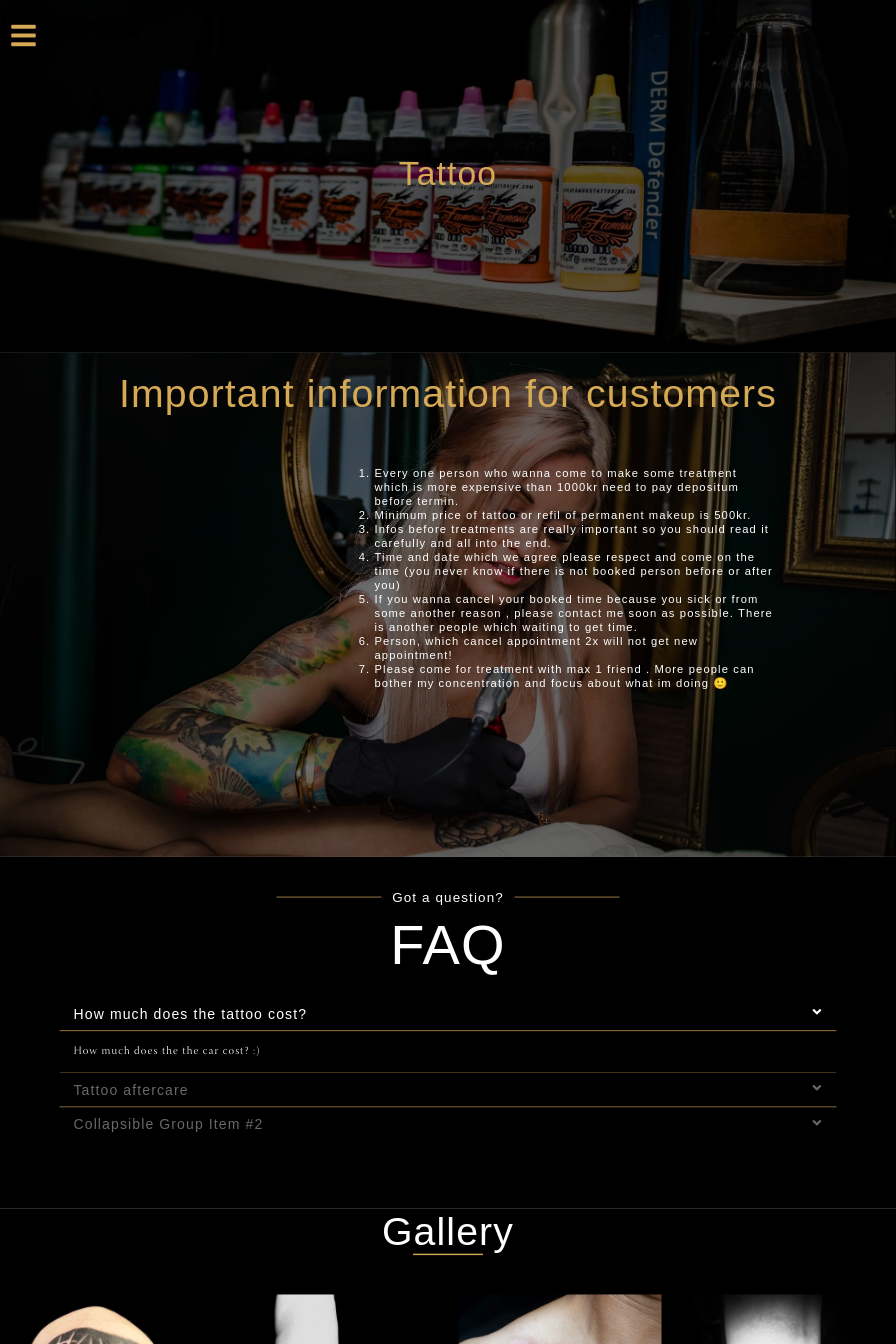
Repository: Spreceriany/TattooWeb
Page: tattoo-en.html
An editor plug-in stored every save of this project. The page is shown before and after the next save, followed by the edit.
The browser window is 1280 px wide. The pictures show the part of the page from y = 0 to 1920 px (the page is 3497 px tall), at 70% of full size.
Backgrounds fixed to the window are drawn as part of the page. Some web fonts or font styles are not loaded; a fallback is used. Some web libraries are served in a nearby version.

Above is the page before, as saved 2020-04-23 19:07:05.
Console error: TypeError: Cannot read properties of null (reading 'addEventListener')

### tattoo-en.html
<!DOCTYPE html>
<html>
<head>
    <meta charset='utf-8'>
    <meta http-equiv='X-UA-Compatible' content='IE=edge'>
    <title>Tattoo - Manovistudio</title>
    <meta name='viewport' content='width=device-width, initial-scale=1'>
    <link rel='stylesheet' type='text/css' media='screen' href='css/main.css'>

    <link rel="stylesheet" href="https://stackpath.bootstrapcdn.com/bootstrap/4.4.1/css/bootstrap.min.css" integrity="sha384-Vkoo8x4CGsO3+Hhxv8T/Q5PaXtkKtu6ug5TOeNV6gBiFeWPGFN9MuhOf23Q9Ifjh" crossorigin="anonymous">

    <link rel="stylesheet" href="https://use.fontawesome.com/releases/v5.11.2/css/all.css">

    <link rel="stylesheet" href="css/mdb.min.css">

    <link rel="stylesheet" href="css/lightgallery.min.css">

    <link rel="stylesheet" href="css/swiper.css">

    <link rel="stylesheet" href="css/aos.css">

    <link rel="stylesheet" href="css/style.css">
    <link rel="icon" type="image/png" href="/images/favicon-32x32.png" sizes="32x32" />
    <link rel="icon" type="image/png" href="/images/favicon-16x16.png" sizes="16x16" />
</head>
<body>
  <div style="overflow-x:hidden; position:relative">
  <div class="wrapper-tattoo">
    <button class="netflix-nav-btn netflix-open-btn">
   <i class="fas fa-bars fa-2x"></i>
</button>

<h1 class="gold site-section-heading2">Tattoo</h1>


<div class="netflix-nav netflix-nav-black">
   <div class="netflix-nav netflix-nav-red">
       <div class="netflix-nav netflix-nav-white">

           <button class="netflix-nav-btn netflix-close-btn"><i class="fas fa-times"></i></button>

           <img class="netflix-logo" src="images/GOLD.png" alt="ManoviStudio Logo" />

           <ul class="netflix-list">
               <li><a href="index-en.php">Home</a></li>
               <li><a href="index-en.php#about">About</a></li>
               <li><a href="index-en.php-en#services">Services</a></li>
               <li>
                   <ul>
                       <li><a href="tattoo-en.html" class="gold">Tattoo</a></li>
                       <li><a href="beauty-en.html" >Beauty</a></li>
                       <li><a href="piercing-en.html">Piercing</a></li>

                   </ul>
               </li>
               <li><a href="index-en.php#contact">Contact Us</a></li>

              <li>
                <a href="tattoo.html">Danish</a
                ><img
                  src="/images//denmark.svg"
                  alt="danish-flag"
                  class="flag"
                />
              </li>
           </ul>
       </div>
   </div>
</div>




</div>
<div style="overflow-x:hidden; position:relative">
  <div class="container-fluid tattoo-uvod py-4">
    <h2 class="gold  text-center display-4 ">Important information for customers</h2>
    <div class="row pt-5 justify-content-center d-flex">
      <div class=" offset-sm-3 col-sm-6 pt-3">

          <ol class="text-white">
            <li>Every one person who wanna come to make some treatment which is more expensive than 1000kr need to pay depositum before termin. </li>
            <li>Minimum price of tattoo or refil of permanent makeup is 500kr.</li>
            <li>Infos before treatments are really important so you should read it carefully and all into the end. </li>
            <li> Time and date which we agree please respect and come on the time (you never know if there is not booked person before or after you) </li>
            <li> If you wanna cancel your booked time because you sick or from some another reason , please contact me soon as possible. There is another people which waiting to get time. </li>
            <li>Person, which cancel appointment 2x will not get new appointment!</li>
            <li>Please come for treatment with max 1 friend . More people can bother my concentration and focus about what im doing 🙂</li>
          </ol>
      </div>

    </div>
  </div>
<div class="container-fluid black-bg py-5" style="height: auto;"  data-aos="fade" data-aos-duration="2000">
  <div class="container align-items-center flex-column ">
    <div class="text-center" data-aos="zoom-in">
         <h2 class="subtitle fancy text-white" style="font-size: 1.2em;"><span>Got a question?</span></h2>
     <p style="font-size: 5em;" class="mt-5 text-white">FAQ</p>
    </div>


    <div class="accordion md-accordion py-5 " id="accordionEx" role="tablist" aria-multiselectable="true" data-aos="fade" data-aos-duration="2000">

      <!-- Accordion card -->
      <div class="card black-bg">

        <!-- Card header -->
        <div class="card-header panel-heading-active " role="tab" id="headingOne1">
          <a data-toggle="collapse" data-parent="#accordionEx" href="#collapseOne1" aria-expanded="true"
            aria-controls="collapseOne1">
            <h5 class="mb-0 ">
              How much does the tattoo cost? <i class="fas fa-angle-down rotate-icon float-right"></i>
            </h5>
          </a>
        </div>

        <!-- Card body -->
        <div id="collapseOne1" class="collapse show" role="tabpanel" aria-labelledby="headingOne1"
          data-parent="#accordionEx">
          <div class="card-body">
         How much does the the car cost? :)
          </div>
        </div>

      </div>
      <!-- Accordion card -->

      <!-- Accordion card -->
      <div class="card  black-bg">

        <!-- Card header -->
        <div class="card-header panel-heading-active" role="tab" id="headingTwo2">
          <a class="collapsed" data-toggle="collapse" data-parent="#accordionEx" href="#collapseTwo2"
            aria-expanded="false" aria-controls="collapseTwo2">
            <h5 class="mb-0 ">
              Tattoo aftercare <i class="fas fa-angle-down rotate-icon float-right"></i>
            </h5>
          </a>
        </div>

        <!-- Card body -->
        <div id="collapseTwo2" class="collapse" role="tabpanel" aria-labelledby="headingTwo2"
          data-parent="#accordionEx">
          <div class="card-body">


           <ol>
             <li>
               <h6>With protection film</h6>
               <p class="second-font">Leave Protective Film  3 days on tattoo. Could be hard to pull off the skin, simply let some warm water run under the tattoo film, so that the glue becomes tender and removal of the film is easier. You may also use tattoo cream to rub under the film with clean fingers to in order to remove the glue.
              </p>
             </li>
             <li>
               <h6>APPLY A THIN LAYER OF UNSCENTED MOISTURISING CREAM</h6>
               <p class="second-font">You should then apply a thin layer of an unscented moisturising cream like PHANTHENOL – we will tell you which we recommend. 3-5 times a day</p>
             </li>

 <li>
               <h6>KEEP THE TATTOO CLEAN AND DRY</h6>
               <p class="second-font">Keep the tattoo clean and dry, and avoid soaking it in water for at least a month (showers are ok, baths are not). If your clothes are likely to rub on it, keep it covered with gauze/clingfilm and medical tape.</p>
             </li>
             <li>
              <h6>AVOID DIRECT SUNLIGHT</h6>
              <p class="second-font">Avoid exposing it to direct sunlight unless necessary. Healed tattoos, especially coloured ones, can fade in the sun – so when it's completely healed, make sure it's covered in a high SPF if you're going to be catching some rays.</p>
            </li>
            <li>
              <h6> BE PATIENT WITH HEALING TIMES</h6>
              <p class="second-font">Healing times depend on how well you heal and the size of the design. This can range anywhere from around a week for simple, small line designs, to several months for complex, larger designs. Keep following your aftercare instructions for as long as the artist told you to, and make sure the tattoo is kept well-moisturised and clean for a good few months after that, avoiding abrasive skin products.</p>
            </li>
            <li>
              <h6>DO. NOT. ITCH.</h6>
              <p class="second-font">As the tattoo heals, it may scab or flake slightly. Avoid picking at it, as this may remove the ink in that area and lead to patches fading or being removed altogether. If it itches, don't scratch – slap it lightly instead. This should only last for the first few weeks or so – if it stays raised, itches uncontrollably, is red around the design, keeps bleeding for more than a day or so after having it done, or is continuously hot to the touch, go back to your artist or seek medical advice. Infected tattoos are very rare but can happen, and it's always worth getting it checked out if you're worried about it.</p>
            </li>
            <li>
              <h6>COME  BACK TO THE STUDIO FOR TOUCH UPS, IF NEEDED</h6>
              <p class="second-font">If you do lose ink, our studio will retouch it for free – bad tattoos and service lead to bad reputations, so it's in their interests to make sure you're happy with the final product. After about 5 weeks, come back if you need touch-ups on any area of the tattoo. WE WANT YOU TO BE HAPPY .
                ! Cover Max 6 months from date of treatment 😉 !</p>
            </li>
           </ol>
          </div>
        </div>

      </div>
      <!-- Accordion card -->

      <!-- Accordion card -->


      <div class="card  black-bg">

        <!-- Card header -->
        <div class="card-header panel-heading-active" role="tab" id="headingThree3">
          <a class="collapsed" data-toggle="collapse" data-parent="#accordionEx" href="#collapseThree3"
            aria-expanded="false" aria-controls="collapseThree3">
            <h5 class="mb-0 ">
              Collapsible Group Item #2 <i class="fas fa-angle-down rotate-icon float-right"></i>
            </h5>
          </a>
        </div>

        <!-- Card body -->
        <div id="collapseThree3" class="collapse" role="tabpanel" aria-labelledby="headingThree3"
          data-parent="#accordionEx">
          <div class="card-body">
            Anim pariatur cliche reprehenderit, enim eiusmod high life accusamus terry richardson ad squid. 3
            wolf moon officia aute, non cupidatat skateboard dolor brunch. Food truck quinoa nesciunt laborum
            eiusmod. Brunch 3 wolf moon tempor, sunt aliqua put a bird on it squid single-origin coffee nulla
            assumenda shoreditch et. Nihil anim keffiyeh helvetica, craft beer labore wes anderson cred
            nesciunt sapiente ea proident. Ad vegan excepteur butcher vice lomo. Leggings occaecat craft beer
            farm-to-table, raw denim aesthetic synth nesciunt you probably haven't heard of them accusamus
            labore sustainable VHS.
          </div>
        </div>

      </div>

        <!-- Accordion card -->

      </div>
<!-- Accordion wrapper -->

  </div>
</div>




<div class="site-wrap"  data-aos="fade">





  <div   data-aos="fade">
    <div class="container-fluid bg-black">

      <div class="row justify-content-center">

        <div class="col-md-7">
          <div class="row mb-5">
            <div class="col-12 ">
              <h2 class="site-section-heading text-center text-white">Gallery</h2>
            </div>
          </div>
        </div>

      </div>
      <div class="row gallery-container" id="lightgallery">
        <div class="col-sm-6 col-md-4 col-lg-4 col-xl-3 item img-gallery center-images-tattoo image-box" data-aos="fade" data-src="images/tattoo/IMG_1086.jpg" data-sub-html="<h4>Fading Light</h4><p>Lorem ipsum dolor sit amet, consectetur adipisicing elit. Dolor doloremque hic excepturi fugit, sunt impedit fuga tempora, ad amet aliquid?</p>">
          <a href="#"><img src="images/tattoo/IMG_1086.jpg" alt="Tattoo-image" class="img-fluid img-resize2"></a>
        </div>
        <div class="col-sm-6 col-md-4 col-lg-4 col-xl-3 item img-gallery center-images-tattoo image-box" data-aos="fade" data-src="images/tattoo/IMG_1089.jpg" data-sub-html="<h4>Fading Light</h4><p>Lorem ipsum dolor sit amet, consectetur adipisicing elit. Laboriosam omnis quaerat molestiae, praesentium. Ipsam, reiciendis. Aut molestiae animi earum laudantium.</p>">
          <a href="#"><img src="images/tattoo/IMG_1089.jpg" alt="Tattoo-image" class="img-fluid img-resize2"></a>
        </div>
        <div class="col-sm-6 col-md-4 col-lg-4 col-xl-3 item img-gallery  center-images-tattoo image-box" data-aos="fade" data-src="images/tattoo/IMG_1090.jpg" data-sub-html="<h4>Fading Light</h4><p>Lorem ipsum dolor sit amet, consectetur adipisicing elit. Quidem reiciendis, dolorum illo temporibus culpa eaque dolore rerum quod voluptate doloribus.</p>">
          <a href="#"><img src="images/tattoo/IMG_1090.jpg" alt="Tattoo-image" class="img-fluid img-resize2"></a>
        </div>
        <div class="col-sm-6 col-md-4 col-lg-4 col-xl-3 item img-gallery  center-images-tattoo image-box" data-aos="fade" data-src="images/tattoo/IMG_1095.jpg" data-sub-html="<h4>Fading Light</h4><p>Lorem ipsum dolor sit amet, consectetur adipisicing elit. Enim perferendis quae iusto omnis praesentium labore tempore eligendi quo corporis sapiente.</p>">
          <a href="#"><img src="images/tattoo/IMG_1095.jpg" alt="Tattoo-image" class="img-fluid img-resize2"></a>
        </div>
        <div class="col-sm-6 col-md-4 col-lg-4 col-xl-3 item img-gallery  center-images-tattoo image-box" data-aos="fade" data-src="images/tattoo/IMG_1102.jpg" data-sub-html="<h4>Fading Light</h4><p>Lorem ipsum dolor sit amet, consectetur adipisicing elit. Saepe, voluptatum voluptate tempore aliquam, dolorem distinctio. In quas maiores tenetur sequi.</p>">
          <a href="#"><img src="images/tattoo/IMG_1102.jpg" alt="Tattoo-image" class="img-fluid img-resize2"></a>
        </div>
        <div class="col-sm-6 col-md-4 col-lg-4 col-xl-3 item img-gallery  center-images-tattoo image-box" data-aos="fade" data-src="images/tattoo/IMG_1103.jpg" data-sub-html="<h4>Fading Light</h4><p>Lorem ipsum dolor sit amet, consectetur adipisicing elit. Saepe, voluptatum voluptate tempore aliquam, dolorem distinctio. In quas maiores tenetur sequi.</p>">
          <a href="#"><img src="images/tattoo/IMG_1103.jpg" alt="Tattoo-image" class="img-fluid img-resize2"></a>
        </div>
        <div class="col-sm-6 col-md-4 col-lg-4 col-xl-3 item img-gallery  center-images-tattoo image-box" data-aos="fade" data-src="images/tattoo/IMG_1454.jpg" data-sub-html="<h4>Fading Light</h4><p>Lorem ipsum dolor sit amet, consectetur adipisicing elit. Saepe, voluptatum voluptate tempore aliquam, dolorem distinctio. In quas maiores tenetur sequi.</p>">
          <a href="#"><img src="images/tattoo/IMG_1454.jpg" alt="Tattoo-image" class="img-fluid img-resize2"></a>
        </div>
        <div class="col-sm-6 col-md-4 col-lg-4 col-xl-3 item img-gallery  center-images-tattoo image-box" data-aos="fade" data-src="images/tattoo/IMG_1877.jpg" data-sub-html="<h4>Fading Light</h4><p>Lorem ipsum dolor sit amet, consectetur adipisicing elit. Saepe, voluptatum voluptate tempore aliquam, dolorem distinctio. In quas maiores tenetur sequi.</p>">
          <a href="#"><img src="images/tattoo/IMG_1877.jpg" alt="Tattoo-image" class="img-fluid img-resize2"></a>
        </div>
        <div class="col-sm-6 col-md-4 col-lg-4 col-xl-3 item img-gallery  center-images-tattoo image-box" data-aos="fade" data-src="images/tattoo/IMG_1878.jpg" data-sub-html="<h4>Fading Light</h4><p>Lorem ipsum dolor sit amet, consectetur adipisicing elit. Saepe, voluptatum voluptate tempore aliquam, dolorem distinctio. In quas maiores tenetur sequi.</p>">
          <a href="#"><img src="images/tattoo/IMG_1878.jpg" alt="Tattoo-image" class="img-fluid img-resize2"></a>
        </div>
        <div class="col-sm-6 col-md-4 col-lg-4 col-xl-3 item img-gallery  center-images-tattoo image-box" data-aos="fade" data-src="images/tattoo/IMG_1879.jpg" data-sub-html="<h4>Fading Light</h4><p>Lorem ipsum dolor sit amet, consectetur adipisicing elit. Saepe, voluptatum voluptate tempore aliquam, dolorem distinctio. In quas maiores tenetur sequi.</p>">
          <a href="#"><img src="images/tattoo/IMG_1879.jpg" alt="Tattoo-image" class="img-fluid img-resize2"></a>
        </div>
        <div class="col-sm-6 col-md-4 col-lg-4 col-xl-3 item img-gallery  center-images-tattoo image-box" data-aos="fade" data-src="images/tattoo/IMG_1884.jpg" data-sub-html="<h4>Fading Light</h4><p>Lorem ipsum dolor sit amet, consectetur adipisicing elit. Saepe, voluptatum voluptate tempore aliquam, dolorem distinctio. In quas maiores tenetur sequi.</p>">
          <a href="#"><img src="images/tattoo/IMG_1884.jpg" alt="Tattoo-image" class="img-fluid img-resize2"></a>
        </div>
        <div class="col-sm-6 col-md-4 col-lg-4 col-xl-3 item img-gallery  center-images-tattoo image-box" data-aos="fade" data-src="images/tattoo/arm_photo" data-sub-html="<h4>Fading Light</h4><p>Lorem ipsum dolor sit amet, consectetur adipisicing elit. Saepe, voluptatum voluptate tempore aliquam, dolorem distinctio. In quas maiores tenetur sequi.</p>">
          <a href="#"><img src="images/tattoo/arm_photo.jpg" alt="Tattoo-image" class="img-fluid img-resize2"></a>
        </div>







      </div>
    </div>
  </div>






  </div>


<div class="container-fluid px-0"  >
      <!--- Footer -->
      <footer class="footer-bs">
        <div class="row">
          <div class="col-md-4 footer-brand animated fadeInLeft d-flex col-12">
            <img
              src="images/GOLD.png"
              alt=""
              class=" d-flex justify-content-center align-self-center logo-footer mx-auto"
            />
          </div>
          <div class="col-12 col-md-4 text-center justify-content-center align-content-center d-flex   ">
            <p class="align-self-center mb-sm-4 gray">All right reserved &copy;</p>
          </div>

          <div
            class="col-md-4 col-12 footer-social animated fadeInDown d-flex flex-column mx-auto text-center justify-content-center align-items-center  "
          >
            <h4 class="gray">Follow Us</h4>
            <ul class="text-center flex-row d-flex mx-1">
              <li>
                <a href="https://www.instagram.com/alex_manovi_tattoo/">
                  <i class="fab fa-instagram fa-2x mb-1 ikonka hvr-bob" aria-hidden="true"></i>
                </a>
              </li>
              <li>
                <a href="https://www.facebook.com/manovistudio/">
                  <i class="fab fa-facebook fa-2x ikonka hvr-bob" aria-hidden="true"></i>
                </a>
              </li>
            </ul>
          </div>

        </div>
      </footer>
    </div>
</div>
  </div>
</body>
     <!-- Optional JavaScript -->
    <!-- jQuery first, then Popper.js, then Bootstrap JS -->
    <script  src="js/jquery-3.3.1.min.js"></script>
  <script defer src="js/swiper.min.js"></script>
  <script src="js/aos.js"></script>

  <script defer src="js/lightgallery-all.min.js"></script>

  <script src="js/main.js"></script>
  <script defer src="js/bootstrap.min.js"></script>
  <script src="js/js.js"></script>
  <script>
    $(document).ready(function () {
      $('#lightgallery').lightGallery();
    });
  </script>
  </body>
</html>

Loaded but not shown: css/mdb.min.css (library); css/lightgallery.min.css (library); css/swiper.css (library); css/aos.css (library); js/jquery-3.3.1.min.js (library); js/aos.js (library); js/swiper.min.js (library); js/lightgallery-all.min.js (library); js/bootstrap.min.js (library); js/main.js (294 lines, source omitted); js/js.js (142 lines, source omitted); css/style.css (1190 lines, source omitted); css/main.css (1997 lines, source omitted)

After the next save:
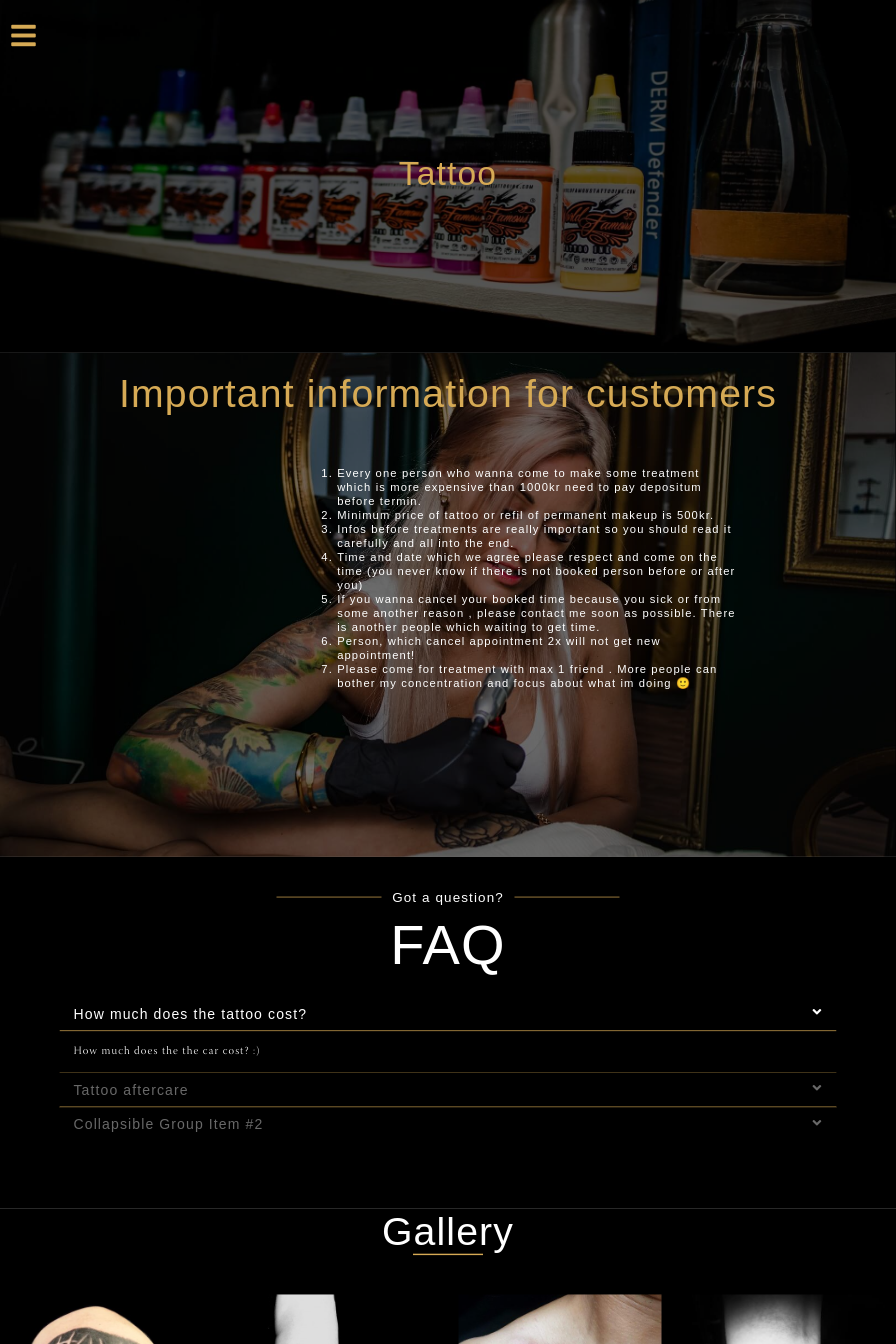
Saved 7 s later.
--- a/tattoo-en.html
+++ b/tattoo-en.html
@@ -76,7 +76,7 @@
   <div class="container-fluid tattoo-uvod py-4">
     <h2 class="gold  text-center display-4 ">Important information for customers</h2>
     <div class="row pt-5 justify-content-center d-flex">
-      <div class=" offset-sm-3 col-sm-6 pt-3">
+      <div class=" offset-sm-2 col-sm-6 pt-3">
 
           <ol class="text-white">
             <li>Every one person who wanna come to make some treatment which is more expensive than 1000kr need to pay depositum before termin. </li>
